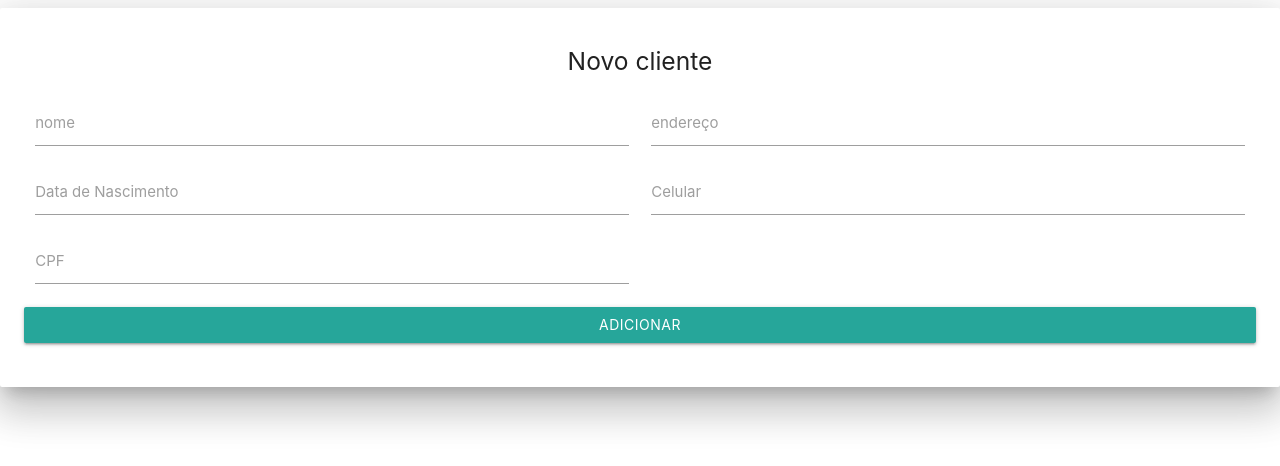
Repository: luizasilveira/TechWeb
Page: Projeto1/techWebP1/WebContent/add.html
An editor plug-in stored every save of this project. The page is shown before and after the next save, followed by the edit.
The browser window is 1280 px wide. The pictures show the whole page.

Above is the page before, as saved 2019-09-08 22:01:56.

### Projeto1/techWebP1/WebContent/add.html
<!DOCTYPE html>
<html>
<head>
<meta charset="ISO-8859-1">
<title>HOME</title>

<style>
	form{
	 	position: relative;
        width: 100%;

	}
	  </style>
<!--Import Google Icon Font-->
<link href="https://fonts.googleapis.com/icon?family=Material+Icons"
	rel="stylesheet">
<!--Import materialize.css-->
<link rel="stylesheet"
	href="https://cdnjs.cloudflare.com/ajax/libs/materialize/1.0.0/css/materialize.min.css">


<style>
body {
	background-color: white;
	width: 100%;
}
</style>
</head>

<body>
	<form action="./AddClients" method="post">

		<div class="card-panel z-depth-5" >
		<h5 class="center">Novo cliente</h5>
			<div class="row">
				<div class="col s6">

					<!--<p class="center">Join to our community now !</p>-->


					<div class="input-field">
						<input type="text" name="nome"> <label>nome</label>
					</div>

					<!--<i class="material-icons prefix">account_circle</i>-->



					<!--<div class="input-field">
                    <i class="material-icons prefix">email</i
                    <input type="email" name="email" class="validate">
                    <label> email</label>
                  </div>-->

					<div class="input-field">
						<!--<i class="material-icons prefix">lock</i>-->
						<input type="text" name="nascimento"> <label>Data
							de Nascimento</label>
					</div>

					<div class="input-field">
						<!--<i class="material-icons prefix">vpn_key</i>-->
						<input type="text" name="CPF"> <label>CPF</label>
					</div>
				</div>

				<div class="col s6">
					<div class="input-field">
						<!--<i class="material-icons prefix">vpn_key</i>-->
						<input type="text" name="endereço"> <label>endereço</label>
					</div>

					<div class="input-field">
						<!--<i class="material-icons prefix">vpn_key</i>-->
						<input type="text" name="celular"> <label>Celular</label>
					</div>
				</div>


				<!--<p class="right">Already have an account? <a href="#login" class="modal-trigger">login</a></p>-->
				<input type="submit" name="submit" value="Adicionar"
					class="btn left col s12">

				<div class="clearfix"></div>

			</div>
		</div>
	</form>



	<script src="https://code.jquery.com/jquery-1.12.0.min.js"></script>
	<script
		src="https://cdnjs.cloudflare.com/ajax/libs/materialize/1.0.0/js/materialize.min.js"></script>





</body>
</html>

After the next save:
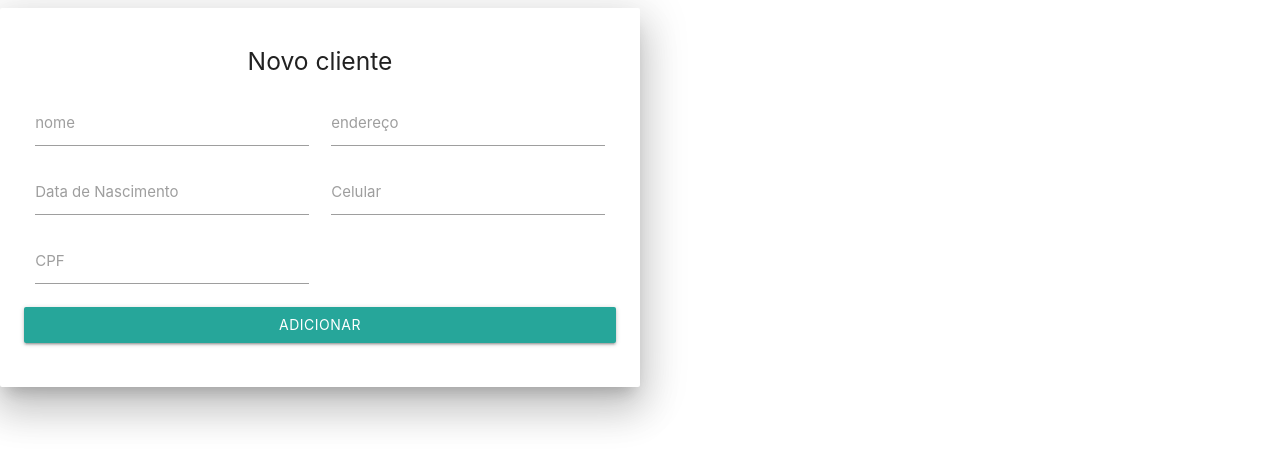
Saved 6 s later.
--- a/Projeto1/techWebP1/WebContent/add.html
+++ b/Projeto1/techWebP1/WebContent/add.html
@@ -4,13 +4,7 @@
 <meta charset="ISO-8859-1">
 <title>HOME</title>
 
-<style>
-	form{
-	 	position: relative;
-        width: 100%;
 
-	}
-	  </style>
 <!--Import Google Icon Font-->
 <link href="https://fonts.googleapis.com/icon?family=Material+Icons"
 	rel="stylesheet">
@@ -22,7 +16,7 @@
 <style>
 body {
 	background-color: white;
-	width: 100%;
+	width: 50%;
 }
 </style>
 </head>
